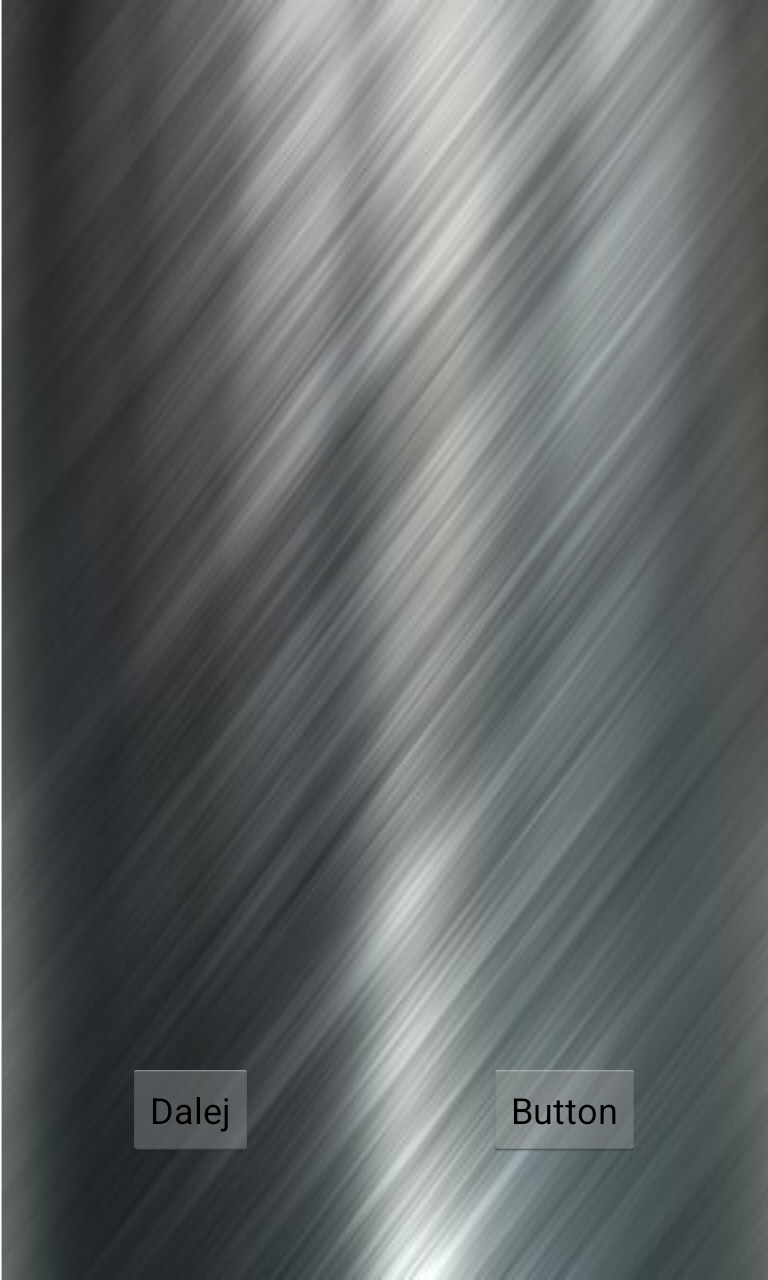
Repository: KrzysztofWolinski/WiesFight_Project
Layout: WiesFight/res/layout/activity_tutarial.xml
The author's editor kept a copy of each file at every save. The layout is drawn from the files as they stood at one save, then again after the next save.
It is drawn on a 768 x 1280 px phone screen (xhdpi) without system bars, with theme AppTheme; the app's code is not run.

Above is the layout before, as saved 2014-11-17 18:17:52.

After the next save:
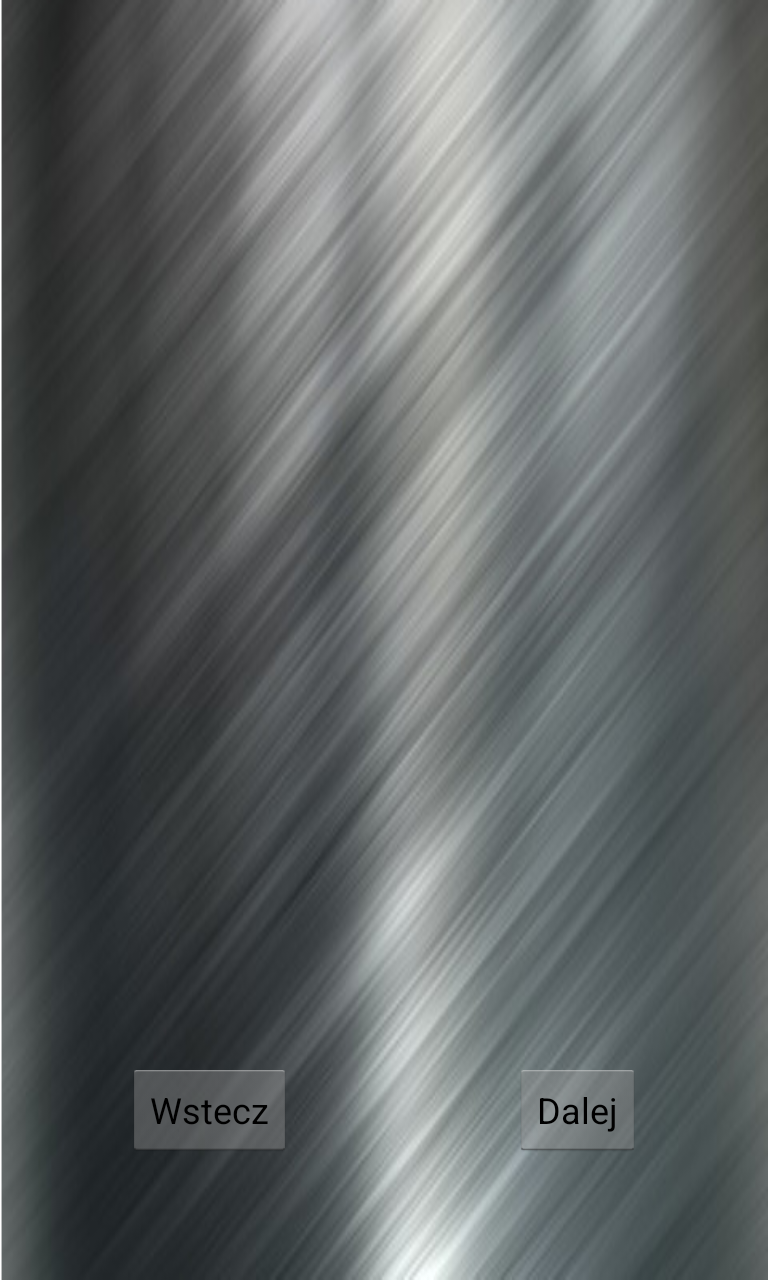
Saved 25 s later.
--- a/WiesFight/res/layout/activity_tutarial.xml
+++ b/WiesFight/res/layout/activity_tutarial.xml
@@ -17,7 +17,7 @@
         android:layout_alignParentLeft="true"
         android:layout_marginBottom="45dp"
         android:layout_marginLeft="47dp"
-        android:text="@string/next" />
+        android:text="@string/back" />
 
     <Button
         android:id="@+id/button2"
@@ -27,6 +27,6 @@
         android:layout_alignBottom="@+id/button1"
         android:layout_alignParentRight="true"
         android:layout_marginRight="47dp"
-        android:text="Button" />
+        android:text="@string/next" />
 
 </RelativeLayout>
